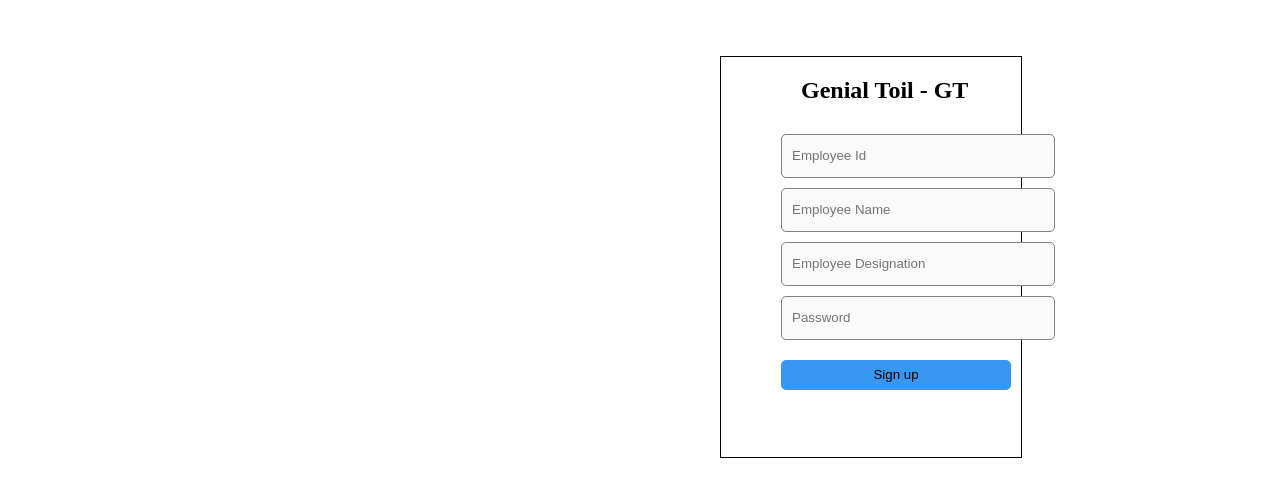
Repository: robin9533/Basic-Programs-App.
Page: GW-Genial Work Proj/GT_GenialToil/WebContent/EmployeeSignup.html
An editor plug-in stored every save of this project. The page is shown before and after the next save, followed by the edit.
The browser window is 1280 px wide. The pictures show the whole page.

Above is the page before, as saved 2019-05-10 09:31:54.

### GW-Genial Work Proj/GT_GenialToil/WebContent/EmployeeSignup.html
<!DOCTYPE html>
<html>
<head>
<meta charset="ISO-8859-1">
<title>Employee Registration Form</title>
<link rel="Stylesheet" type="text/css" href="EmployeeSignup.css">
</head>
<body>
	<br>

	<div class="registrationblock">
		<h2>
			Genial Toil - GT
			</h2>
				<Form action="EmployeeSignupServlet">

					<input type="text" name="empId" placeholder="Employee Id">
					<input type="text" name="empName" placeholder="Employee Name">
					<input type="text" name="empDes" placeholder="Employee Designation">
					<input type="password" name="empPass" placeholder="Password">
					<button type="button">Sign up</button>

				</Form>
	</div>

</body>
</html>

### GW-Genial Work Proj/GT_GenialToil/WebContent/EmployeeSignup.css
@charset "ISO-8859-1";

.body{
	background-color: blue;
}
.registrationblock {
	height:400px;
	width: 300px;
	float:right;
	border:1px solid black;
	background-color: rgb(255, 255, 255);
	margin-top: 30px;
	margin-right: 250px
}
.registrationblock input{
	width: 260px;
	height:40px;
	margin-top:10px;
	margin-left:60px;
	background: #fafafa;
	border: none;
	border:1px solid gray;
	border-radius: 5px;
	padding-left: 10px;
}
.registrationblock button{
	width:230px;
	height:30px;
	margin-left:60px;
	margin-top:20px;
	text-align: center;
	cursor: pointer;
	background: #3897F0;
	border-radius:5px;
	border: 1px solid #3897F0;
	}
.registrationblock h2{
	margin-left: 80px;

	}

After the next save:
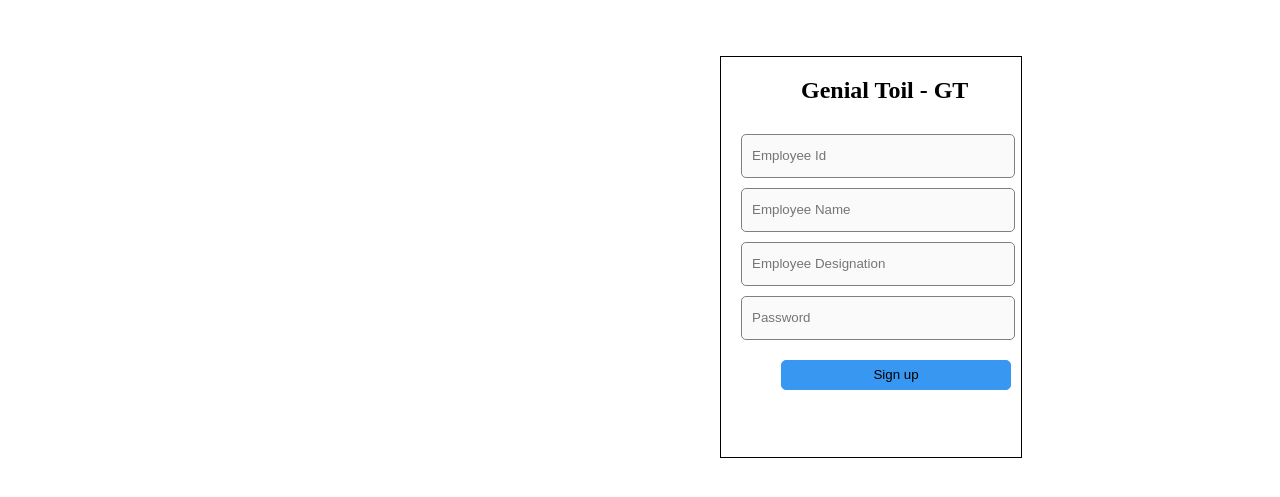
Saved 13 s later.
--- a/GW-Genial Work Proj/GT_GenialToil/WebContent/EmployeeSignup.css
+++ b/GW-Genial Work Proj/GT_GenialToil/WebContent/EmployeeSignup.css
@@ -16,7 +16,7 @@
 	width: 260px;
 	height:40px;
 	margin-top:10px;
-	margin-left:60px;
+	margin-left:20px;
 	background: #fafafa;
 	border: none;
 	border:1px solid gray;
